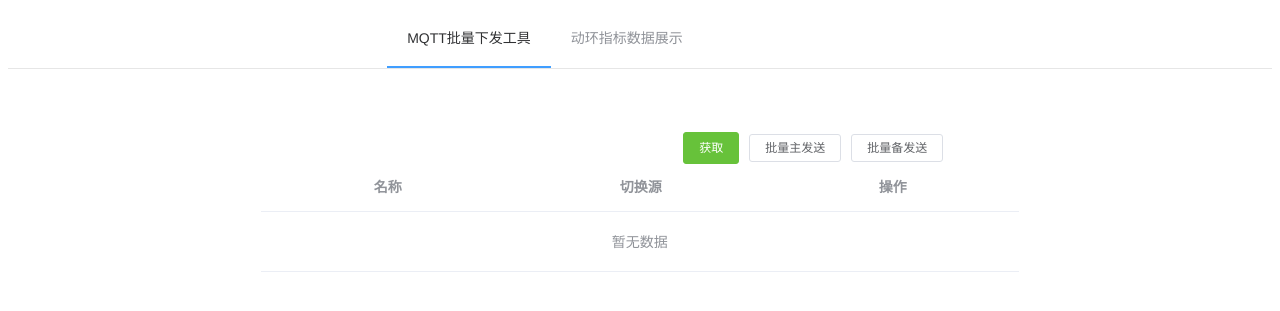
Repository: faintout/BHMQTTSendTool
Page: /
These files come from the project's save history. The page is drawn as it stood at one moment and after the next save; the edit follows.
The browser window is 1280 px wide. The pictures show the whole page.
The page's requests for data from a server got no answer. The project was rebuilt for these pictures with package versions that can differ from the ones it lists, and the page was loaded fresh each time. No one was signed in, and anything a server would have sent is missing. Also part of the build but not shown: vue.config.js, src/views/MovingInfoShow.vue.

Above is the page before, as saved 2020-09-03 14:13:29.

### public/index.html
<!DOCTYPE html>
<html lang="en">
  <head>
    <meta charset="utf-8">
    <meta http-equiv="X-UA-Compatible" content="IE=edge">
    <meta name="viewport" content="width=device-width,initial-scale=1.0">
    <link rel="stylesheet" href="">
    <title></title>
  </head>
  <body>
    <div id="app">

    </div>
    <!-- built files will be auto injected -->
  </body>
</html>

### src/main.js
import Vue from 'vue'
import App from './App.vue'
import router from './router'
import $ from 'jquery'
import ElementUi from 'element-ui'
import 'element-ui/lib/theme-chalk/index.css'
import 'element-ui/lib/theme-chalk/reset.css'

Vue.config.productionTip = false
Vue.use(ElementUi)
new Vue({
  router,
  render: h => h(App)
}).$mount('#app')

### src/router/index.js
import Vue from 'vue'
import VueRouter from 'vue-router'
import MqttSendTool from '../views/MqttSendTool.vue'
import MovingInfoShow from '../views/MovingInfoShow.vue'
import layout from '../views/layout.vue'

Vue.use(VueRouter)

  const routes = [
  {
    path: '/MqttSendTool',
    name: 'MqttSendTool',
    component: MqttSendTool
  },
  {
    path: '/',
    name: 'layout',
    component: layout
  },
  {
    path: '/',
    name: 'MovingInfoShow',
    component: MovingInfoShow
  },
]

const router = new VueRouter({
  routes
})

export default router

### src/views/MqttSendTool.vue
<template>
    <div class="content">
        <title></title>
        <!-- 按钮模块 -->
        <div  class="content_title">
            <!-- <el-input style="display:inline-block;width:20%;right: 5%;" size="small" v-model="localIP"></el-input> -->
            <el-button type="success" size="small" @click="getAllMqttData">获取</el-button>
            <el-button size="mini" @click="batch(0)">批量主发送</el-button>
            <el-button size="mini" @click="batch(1)">批量备发送</el-button>
            <!-- <el-button type="success" size="small" @click="sendData()">发送</el-button> -->
        </div>
        <el-table v-loading="tableLoading" :data="tableData" class="el_table">
            >
            <el-table-column prop="name" label="名称" align='center'>
            </el-table-column>
            <el-table-column label="切换源" align='center'>
                <template slot-scope="scope">
                    <el-radio-group v-model="scope.row.switchStatus">
                        <el-radio :label="0" @click="scope.row.switchStatus = 0">主</el-radio>
                        <el-radio :label="1" @click="scope.row.switchStatus = 1">备</el-radio>
                    </el-radio-group>
                </template>
            </el-table-column>
            <el-table-column label="操作" align='center'>
                <template slot-scope="scope">
                    <el-button type="success" size="small" @click="changeData(scope.row)">编辑</el-button>
                    <el-button type="success" size="small" @click="sendData(scope.row)">发送</el-button>
                </template>
            </el-table-column>
        </el-table>
        <!-- 弹框 -->
        <el-dialog title="编辑" :visible.sync="dialogVisible" width="30%"  :close-on-click-modal = false>
            <el-input type="textarea" :rows="25" class="el_input" v-model="editTable"></el-input>
            <span slot="footer" class="dialog-footer">
                <el-button @click="dialogVisible = false">取 消</el-button>
                <el-button type="primary" @click="saveEdit">确 定</el-button>
            </span>
        </el-dialog>

    </div>
</template>

<script>
    //设置本地储存方法
    window.local = (key, value) => {
        return value ? localStorage.setItem(key, value) : localStorage.getItem(key)
    }
    export default {
        components: {},
        data() {
            return {
                dialogVisible: false,
                //本地IP
                localIP: '',
                //表格框加载
                tableLoading: false,
                tableData: [],
                editTable: '',
                editId: '',
                editswitchStatus: ''

            }
        },
        watch: {
            localIP(n, o) {
                local('localIP', n)
            }
        },
        computed: {

        },
        methods: {
            saveEdit() {
                this.dialogVisible = false
                let indicatorValue = this.editTable
                //保存
                console.log("修改名称", this.editList);
                let deviceId = this.editId
                let switchStatus = this.editswitchStatus
                let parmas = { indicatorValue, deviceId, switchStatus }
                $.ajax({
                    type: 'POST',
                    url: 'http://' + this.localIP + '/testData/setIndicatorValue',
                    data: parmas,
                    success: (data) => {
                        data.success && this.$message({type:'success',message:'数据修改成功！',duration:1000})
                    },
                    error: () => {
                        this.$message.error("数据获取失败，请检查IP地址！")
                    }
                })
            },
            changeData(value) {
                console.log(value);
                this.dialogVisible = true
                if (!value.switchStatus) {
                    //等于一
                    this.editTable = this.getFormatData(JSON.stringify(value.masterData))
                } else {
                    this.editTable = this.getFormatData(JSON.stringify(value.slaveData))
                }
                this.editId = value.id
                this.editswitchStatus = value.switchStatus
            },
            changeItem(item) {
                console.log('item', item);
            },
            changItemRadio(item) {
                console.log('itemzhixng ');
            },
            //获取所有数据
            getAllMqttData() {
                $.ajax({
                    type: 'POST',
                    url: 'http://' + this.localIP + '/testData/getDeviceListData',
                    success: (data) => {
                        if (data.data == []) {
                            this.$message.errot("获取数据为空！请确认数据是否存在")
                            return
                        }
                        this.tableData = data.data
                        data.success && this.$message({type:'success',message:'数据获取成功！',duration:10000})
                    },
                    error: () => {
                        this.$message.error("数据获取失败，请检查IP地址！")
                    }
                })
            },
            //数据处理
            dataProcessing() {

            },
            //批量设置
            /**
             * @type 0 主 1 备
             * @Date 2020-08-26 14:13:24
             */
            batch(type) {
                this.tableData.forEach(item => {
                    item.switchStatus = type ? 1 : 0
                })
                this.sendData()
            },
            //发送数据
            sendData(value) {
                this.tableLoading = true
                let data = value ? value : this.tableData
                console.log(data);
                let params = {
                    deviceIds: ''
                }
                if (data.length > 1) {
                    data.map(item => {
                        params.deviceIds += item.id + ','
                    })
                    params.deviceIds = params.deviceIds.substr(0, params.deviceIds.length - 1)
                    params.switchStatus = data[0].switchStatus
                } else {
                    params.deviceIds = data.id
                    params.switchStatus = data.switchStatus
                }
                console.log(params);
                // return
                $.ajax({
                    type: "POST",
                    url: 'http://' + this.localIP + '/testData/applySwitch',
                    data: params,
                    success: (data) => {
                        data.success && this.$message.success("数据发送成功！")
                        this.tableLoading = false
                    },
                    error: () => {

                    }
                })
                this.getAllMqttData()
            },
            //读取本地localIP
            getLocalIP() {
                this.localIP = local('localIP') != null ? local('localIP') : '172.17.35.23:24699'
                local('localIP') == null && local('localIP', '172.17.35.23:24699')
            },

            //方法
            repeat(s, count) {
                return new Array(count + 1).join(s)
            },
            formatJson(json) {
                var i = 0,
                    il = 0,
                    tab = "    ",
                    newJson = "",
                    indentLevel = 0,
                    inString = false,
                    currentChar = null;
                for (i = 0, il = json.length; i < il; i += 1) {
                    currentChar = json.charAt(i);
                    switch (currentChar) {
                        case '{':
                        case '[':
                            if (!inString) {
                                newJson += currentChar + "\n" + this.repeat(tab, indentLevel + 1);
                                indentLevel += 1
                            } else {
                                newJson += currentChar
                            }
                            break;
                        case '}':
                        case ']':
                            if (!inString) {
                                indentLevel -= 1;
                                newJson += "\n" + this.repeat(tab, indentLevel) + currentChar
                            } else {
                                newJson += currentChar
                            }
                            break;
                        case ',':
                            if (!inString) {
                                newJson += ",\n" + this.repeat(tab, indentLevel)
                            } else {
                                newJson += currentChar
                            }
                            break;
                        case ':':
                            if (!inString) {
                                newJson += ": "
                            } else {
                                newJson += currentChar
                            }
                            break;
                        case ' ':
                        case "\n":
                        case "\t":
                            if (inString) {
                                newJson += currentChar
                            }
                            break;
                        case '"':
                            if (i > 0 && json.charAt(i - 1) !== '\\') {
                                inString = !inString
                            }
                            newJson += currentChar;
                            break;
                        default:
                            newJson += currentChar;
                            break
                    }
                }
                return newJson
            },
            getFormatData(json) {
                var json = json + "";
                if (json.indexOf('{') == -1 && json.indexOf('[') == -1) {
                    return json;
                } else {
                    return (this.formatJson(json));
                }
            }

        },
        mounted() {
            console.log(local('localIP'), window);
            //读取本地IP
            this.getLocalIP()
            this.getAllMqttData()

        },
        created() {

        },
    }
</script>
<style lang="less" scoped>
    .content {
        width: 60%;
        margin: 5% auto;
        margin-bottom: 0;
    }

    .el_table {
        width: 100%;
        position: relative;

    }
    .content_title{
        text-align: right;
        margin-right: 10%;
    }
    /deep/.el-message{
        top: 50px !important;
    }

    input {
        height: 20rem;
    }
</style>

### src/views/layout.vue
<template>
    <div>
        <el-menu :default-active="activeIndex" class="el-menu-demo" mode="horizontal" @select="handleSelect">
            <!-- <el-menu-item index="1">处理中心</el-menu-item> -->
            <el-menu-item index="1">MQTT批量下发工具</el-menu-item>
            <el-menu-item index="2">动环指标数据展示</el-menu-item>
        </el-menu>
        <mqtt-send-tool v-if='activeIndex==1'></mqtt-send-tool>
        <moving-info-show v-if='activeIndex==2'></moving-info-show>
    </div>
</template>

<script>
    import MovingInfoShow from './MovingInfoShow.vue'
    import MqttSendTool from './MqttSendTool.vue'
    export default {
        components: {
            MovingInfoShow,
            MqttSendTool
        },
        data() {
            return {
                activeIndex: '1',
            }
        },
        watch: {},
        computed: {},
        methods: {
            handleSelect(key, keyPath) {
                this.activeIndex = key
            }
        },
        mounted() {},
        created() {},
    }
</script>
<style lang="less" scoped>
    .el-menu-demo {
        padding-left: 30%;
    }
</style>

Loaded but not shown: src/App.vue (common file)

After the next save:
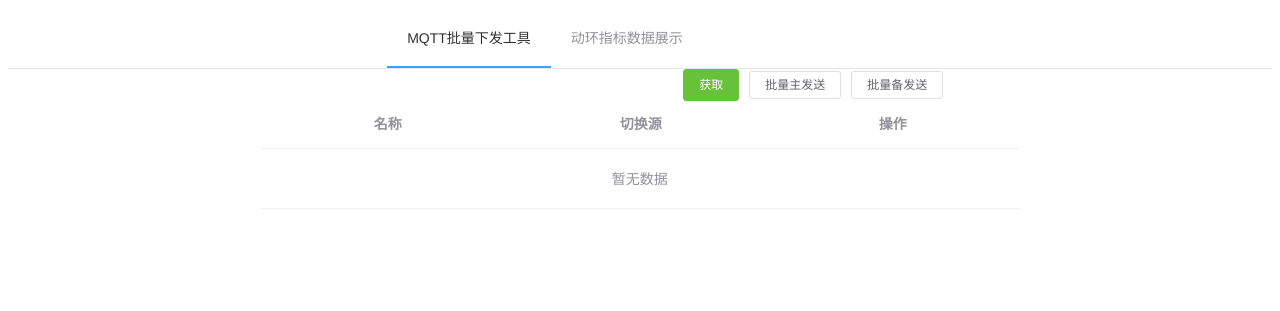
Saved 39 s later.
--- a/src/views/MqttSendTool.vue
+++ b/src/views/MqttSendTool.vue
@@ -273,7 +273,7 @@
 <style lang="less" scoped>
     .content {
         width: 60%;
-        margin: 5% auto;
+        margin: 0 auto;
         margin-bottom: 0;
     }
 
